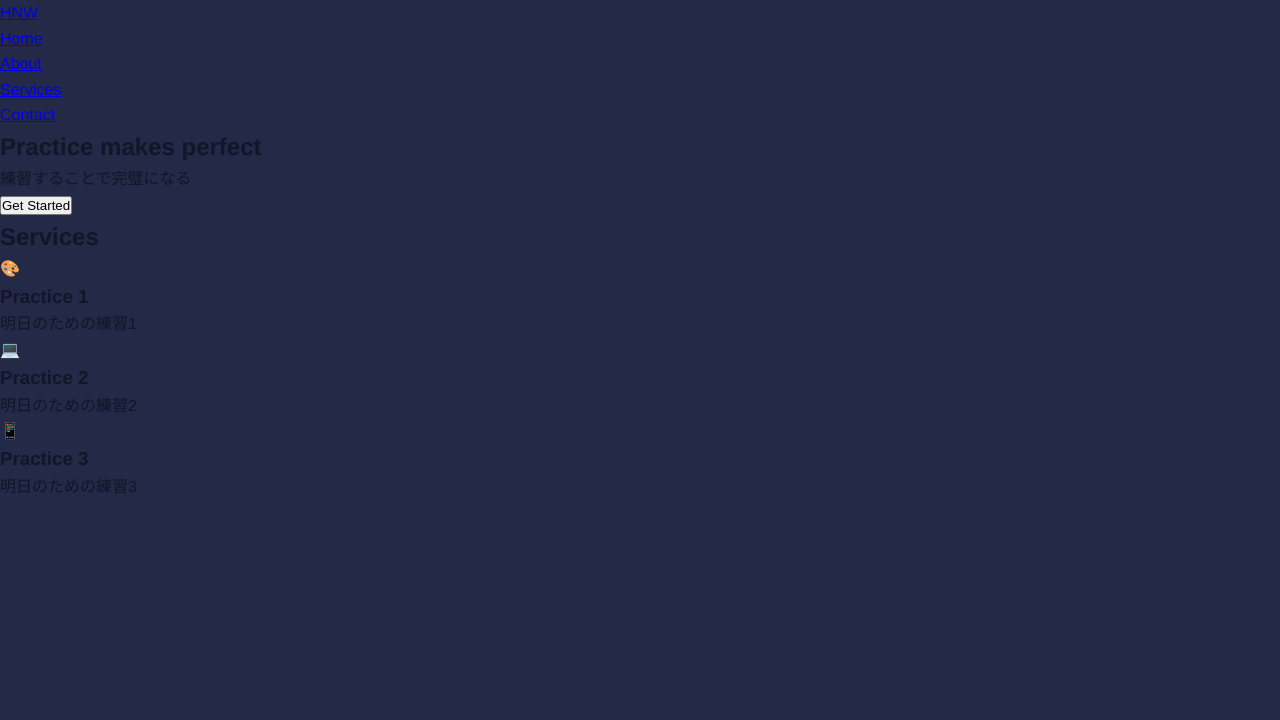
Repository: co6tter/hello-newworld-v3
Page: index.html
The author's editor kept a copy of each file at every save. The page is drawn from the files as they stood at one save, then again after the next save.
The browser window is 1280 px wide. The pictures show the whole page.

Above is the page before, as saved 2025-07-14 19:37:58.

After the next save:
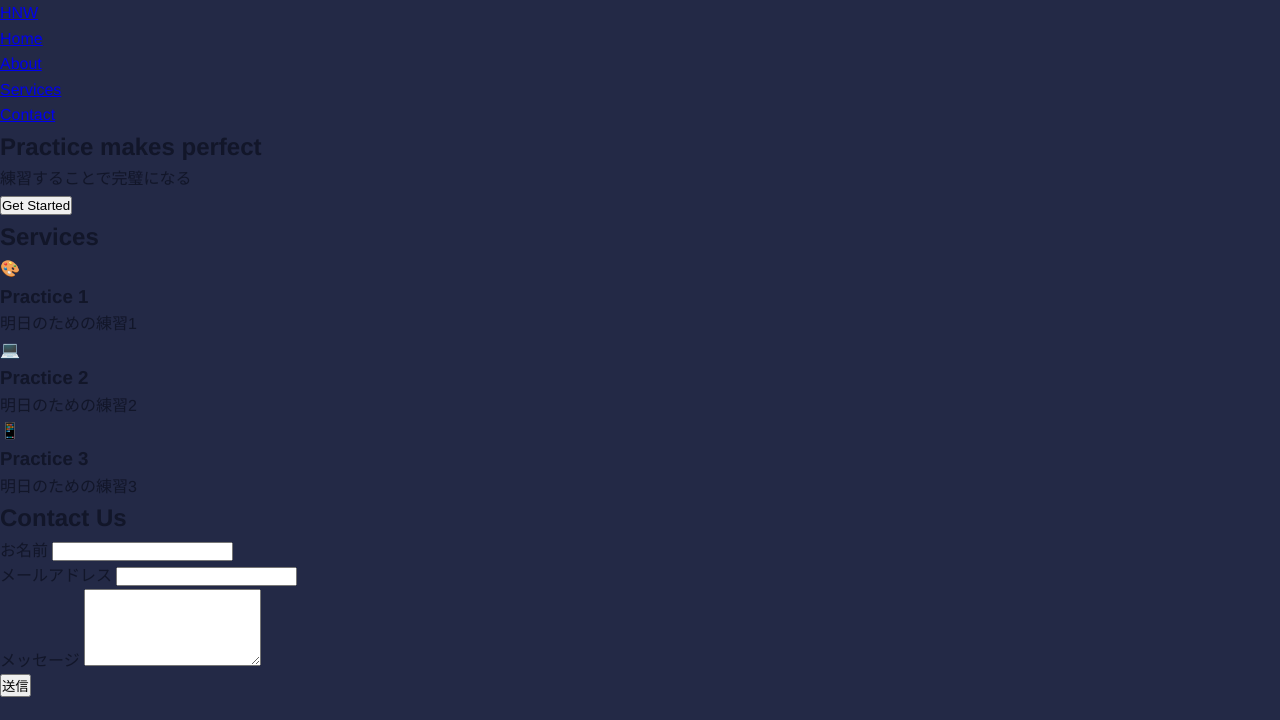
Saved 18 s later.
--- a/index.html
+++ b/index.html
@@ -60,5 +60,31 @@
         </div>
       </div>
     </section>
+
+    <section class="section" id="contact">
+      <div class="container">
+        <h2 class="section-title">Contact Us</h2>
+        <form class="contact-form">
+          <div class="form-group">
+            <label for="name" class="form-label">お名前</label>
+            <input type="text" id="name" class="form-input" required />
+          </div>
+          <div class="form-group">
+            <label for="email" class="form-label">メールアドレス</label>
+            <input type="email" id="email" class="form-input" required />
+          </div>
+          <div class="form-group">
+            <label for="message" class="form-label">メッセージ</label>
+            <textarea
+              id="message"
+              class="form-textarea"
+              rows="5"
+              required
+            ></textarea>
+          </div>
+          <button type="submit" class="form-submit">送信</button>
+        </form>
+      </div>
+    </section>
   </body>
 </html>
